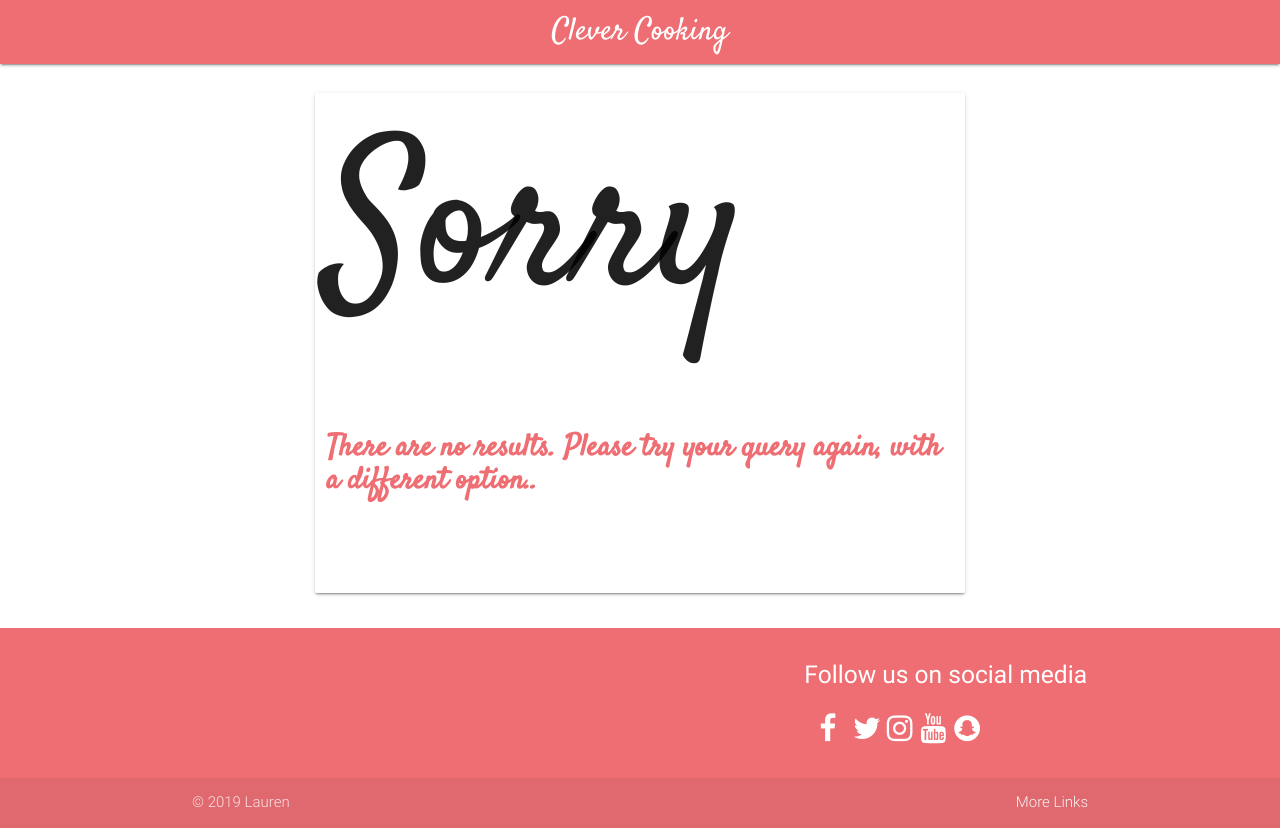
Repository: Code-Institute-Submissions/online-recipe-cookbook
Page: templates/no_results.html
The author's editor kept a record of every edit. The page is drawn from the files as they stood at one moment, then again after the next edit.
The browser window is 1280 px wide. The pictures show the whole page.
Some web libraries are served in a nearby version. The page is served by the project's application, run on Flask 3 (app.py). The template is opened directly, without the code that normally fills it, so the values that code supplies are empty.

Above is the page before.

### templates/no_results.html
{%extends 'base.html'%}
{% block content %}

<!DOCTYPE html>
<html>
    <head>

    </head>
    <body>
        <div class="container">
            <h3></h3>
            <div class="container">

                 <div class="row">
                     <div class="card col s12 m12 l12 large">
                         <h1>Sorry</h1>
                         <br><br>
                          <h4>There are no results. Please try your query again, with a different option..</h4>
                     </div>
                </div>


            </div>
            </div>
        </div>

    </body>

</html>
     {% endblock %}

### templates/base.html
<!DOCTYPE html>
<html>

<head>
    <link href="https://fonts.googleapis.com/icon?family=Material+Icons" rel="stylesheet">
    <link rel="stylesheet" href="https://cdnjs.cloudflare.com/ajax/libs/materialize/0.100.2/css/materialize.min.css">
    <link rel="stylesheet" href="{{url_for('static', filename='css/style.css')}}" type="text/css"/>
    <link rel="stylesheet" href="https://cdnjs.cloudflare.com/ajax/libs/font-awesome/4.7.0/css/font-awesome.min.css">
</head>

<body>
    <header>
      <nav>
        <div class="nav-wrapper">
          <a href="{{url_for('get_top_recipes')}}" class="brand-logo center">Clever Cooking</a>
        </div>
      </nav>
    </header>
    {% block content %}

    {% endblock %}

    <script src="https://cdnjs.cloudflare.com/ajax/libs/jquery/3.2.1/jquery.min.js"></script>
    <script src="https://cdnjs.cloudflare.com/ajax/libs/materialize/0.100.2/js/materialize.min.js"></script>
    <script type="text/javascript">
    $(document).ready(function(){
    $('.modal').modal();

    function sendItem(val) {
        return val;
    }
    $(function () {
            $('input.autocomplete').autocomplete({
                data: {

                    "Apple": null,
                    "Microsoft": null,
                    "Google": 'http://placehold.it/250x250'
                },
                onAutocomplete: function(txt) {
                   var query = "/"+txt;
                   window.location.pathname="/search_recipe"+query
                    //window.location += query;
                  console.log(window.location)
                  sendItem(txt);
                },
                limit: 20, // The max amount of results that can be shown at once. Default: Infinity.
            });

    });

  });
    </script>

</body>
<footer class="page-footer">
          <div class="container">
            <div class="row">
              <div class="col l6 s12">
                </div>
              <div class="col l4 offset-l2 s12">
                <h5 class="white-text">Follow us on social media</h5>

                  <a href="#"><i class="fa fa-facebook fa-2x"></i></a>
          				<a href="#" ><i class="fa fa-twitter fa-2x"></i></a>
          				<a href="#" ><i class="fa fa-instagram fa-2x"></i></a>
          				<a href="#" ><i class="fa fa-youtube fa-2x"></i></a>
          				<a href="#"> <i class="fa fa-snapchat fa-2x"></i> </a>


              </div>
            </div>
          </div>
          <div class="footer-copyright">
            <div class="container">
            © 2019 Lauren
            <a class="grey-text text-lighten-4 right" href="#!">More Links</a>
            </div>
          </div>
        </footer>
</html>

### app.py
import os
from flask import Flask, render_template, redirect, request, url_for
from flask_pymongo import PyMongo
from bson.objectid import ObjectId

app = Flask(__name__)
app.config["MONGO_DBNAME"] = 'cookbookDb'
#app.config["MONGO_URI"] = os.getenv('MONGO_URI', 'mongodb://localhost')
app.config["MONGO_URI"]="mongodb+srv://root-user96:r00tUser96@myfirstcluster-ehz2d.mongodb.net/cookbookDb?retryWrites=true&w=majority"


mongo = PyMongo(app)

@app.route('/')
@app.route('/get_top_recipes')
def get_top_recipes():

    recipe_list = mongo.db.recipes.find().sort([( "likes", -1 )])
    return render_template("home.html", recipes=recipe_list)

@app.route('/search_recipe/<recipe_term>')
def search_recipe(recipe_term):
    q = ".*"+recipe_term +".*";
    defined_recipe_list = mongo.db.recipes.find({"dietary_needs":{'$regex': q }});
    if defined_recipe_list.count() == 0:
        return render_template('no_results.html')

    return render_template('home.html', recipes=defined_recipe_list)
@app.route('/edit_recipe/<recipe_id>')
def edit_recipe(recipe_id):
    the_recipe = mongo.db.recipes.find_one({"_id": ObjectId(recipe_id)})
    return render_template('edit_recipe.html', recipe=the_recipe)

@app.route('/show_recipe/<recipe_id>')
def show_recipe(recipe_id):
    the_recipe = mongo.db.recipes.find_one({"_id": ObjectId(recipe_id)})
    recipe_comments = mongo.db.comments.find({"_recipe_id": ObjectId(recipe_id)})
    return render_template('show_recipe.html', recipe=the_recipe, comments=recipe_comments)

@app.route('/delete_recipe/<recipe_id>')
def delete_recipe(recipe_id):
    mongo.db.recipes.remove({'_id': ObjectId(recipe_id)})
    return redirect(url_for('get_top_recipes'))

@app.route('/add_like_to_recipe/<recipe_id>', methods=['GET'])
def add_like_to_recipe(recipe_id):
    recipes = mongo.db.recipes

    recipes.update(
        {'_id': ObjectId(recipe_id)},
        { '$inc': { 'likes': +1} }
    )

    return redirect(url_for('show_recipe', recipe_id=recipe_id))

@app.route('/add_comment_to_recipe/<recipe_id>', methods=['POST'])
def add_comment_to_recipe(recipe_id):
    recipes = mongo.db.recipes
    comments = mongo.db.comments

    commentdict = { "username": request.form.get('username'), "comment": request.form.get('comment'), "_recipe_id":ObjectId(recipe_id)}
    comments.insert_one(commentdict)

    return redirect(url_for('show_recipe', recipe_id=recipe_id))

@app.route('/update_recipe/<recipe_id>', methods=['POST'])
def update_recipe(recipe_id):
    recipes = mongo.db.recipes
    recipes.update({'_id': ObjectId(recipe_id)},
    {
        'recipe_name':request.form.get('recipe_name'),
        'prep_time':request.form.get('prep_time'),
        'cook_time':request.form.get('cook_time'),
        'ingredients':request.form.get('ingredients'),
        #'cuisine':request.form.get('cuisine'),
        'method_steps':request.form.get('method_steps'),
        'tools_used':request.form.get('tools_used'),
        'image_link':request.form.get('image_link')
    })
    return redirect(url_for('get_top_recipes'))

@app.route('/insert_recipe', methods=['POST'])
def insert_recipe():
    recipes = mongo.db.recipes
    recipe_info = request.form.to_dict();
    recipe_info['likes'] = 0
    recipes.insert_one(recipe_info)
    return redirect(url_for('get_top_recipes'))

@app.route('/add_recipe')
def add_recipe():
    return render_template("add_recipe.html")

@app.route('/get_recipe_names')
def get_recipe_names():
    return render_template("index.html", names=mongo.db.recipe_names.find())

if __name__ == '__main__':
    app.run(host=os.environ.get('IP'),
            port=int(os.environ.get('PORT')),
            debug=True)

### static/css/style.css
@import url('https://fonts.googleapis.com/css?family=Satisfy&display=swap');
.fa {
  color: white;
  padding: .5em;
  font-size: 2em;
  width: 1em;
  text-decoration: none;
}

.nav-wrapper{
  font-family: 'Satisfy', cursive;
  font-size: 20px;
}

h4{
    font-family: 'Satisfy', cursive;
    font-style: normal;
    font-weight: bold;
    color: #ee6e73;
  font-size: 30px;
}
.btn{
  background-color: #ee6e73;
}
.card{
  padding-left: 1em;
  padding-right: 1em;
}

footer {
bottom: 0;
width: 100%;
}

h1{
  font-family: 'Satisfy', cursive;
  font-size: 200px;
}

After the next edit:
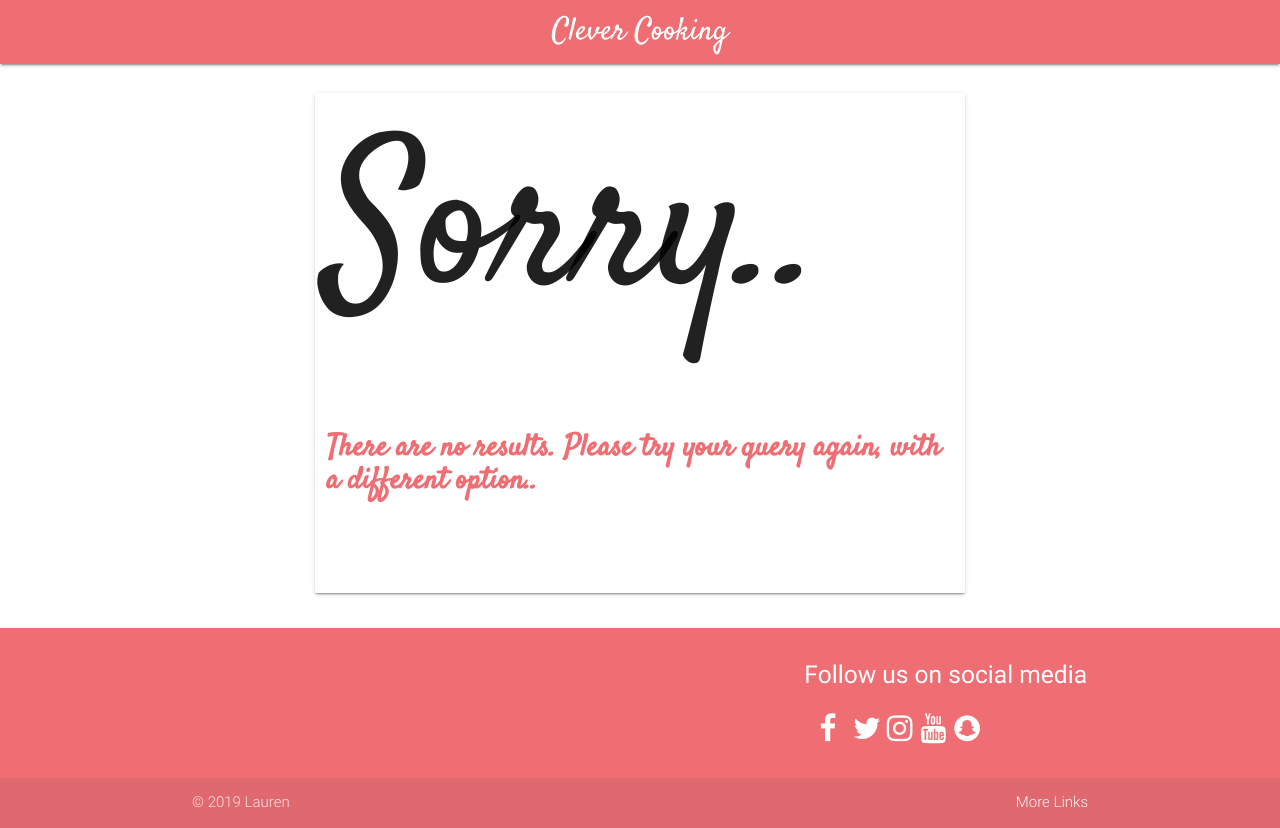
The edit:
--- a/templates/no_results.html
+++ b/templates/no_results.html
@@ -12,8 +12,8 @@
             <div class="container">
 
                  <div class="row">
-                     <div class="card col s12 m12 l12 large">
-                         <h1>Sorry</h1>
+                     <div class="card col s12 m12 l12 large ">
+                         <h1>Sorry..</h1>
                          <br><br>
                           <h4>There are no results. Please try your query again, with a different option..</h4>
                      </div>
